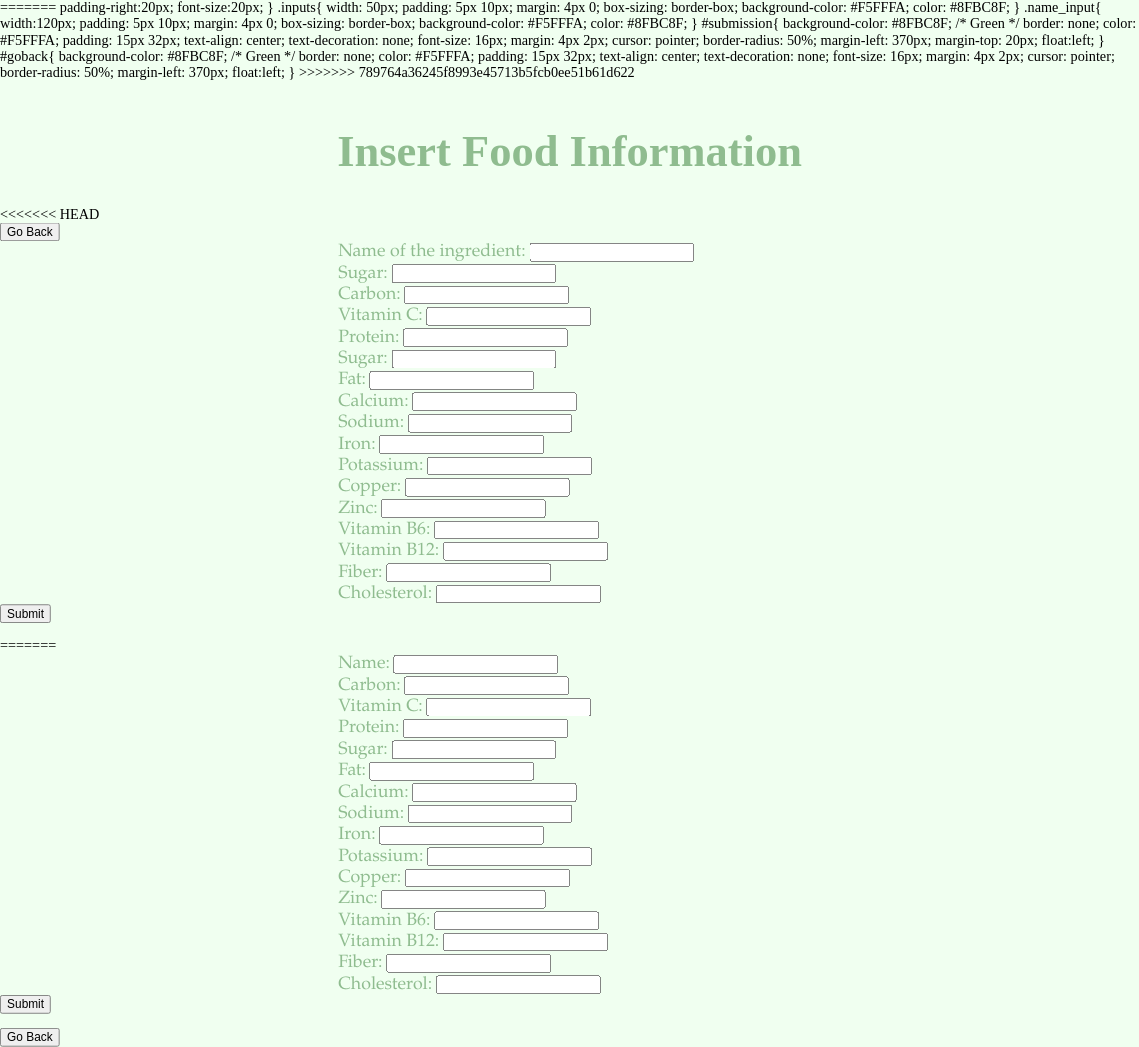
Repository: chenhongye11/DiDongBaBong
Page: didongbabong/src/main/webapp/public/insert.html
These files come from the project's save history. The page is drawn as it stood at one moment and after the next save; the edit follows.
The browser window is 1280 px wide. The pictures show the whole page, at 89% of full size.

Above is the page before, as saved 2021-01-31 15:04:40.
Console error: ReferenceError: $ is not defined

### didongbabong/src/main/webapp/public/insert.html
<html>
<head>
  <title>Insert Page</title>
  <style>
  body{
    margin:0;
    padding:0;
    background-color: #F0FFF0;

  }

  h1{
    color: #8FBC8F;
    text-align: center;
    margin-top: 50px;
    vertical-align: top;
    font-family: copperplate;
    font-size:50px;
  }

  .labels{
    color:#8FBC8F;
    align: center;
    font-family:Garamond;
    margin-left: 380px;
    margin-bottom:20px;
    font-size:20px;
  }


  </style>

<script>
$("#formoid").submit(function(e) {

    e.preventDefault(); // avoid to execute the actual submit of the form.

    var form = $(this);
    var url = form.attr('action');

    $.ajax({
           type: "POST",
           url: url,
           data: form.serialize(), // serializes the form's elements.
           success: function(data)
           {
               alert(data); // show response from the php script.
           }
         });
});



</script>

=======
    padding-right:20px;
    font-size:20px;
  }

  .inputs{
    width: 50px;
    padding: 5px 10px;
    margin: 4px 0;
    box-sizing: border-box;
    background-color: #F5FFFA;
    color: #8FBC8F;
  }

  .name_input{
    width:120px;
    padding: 5px 10px;
    margin: 4px 0;
    box-sizing: border-box;
    background-color: #F5FFFA;
    color: #8FBC8F;
  }


  #submission{
    background-color: #8FBC8F; /* Green */
    border: none;
    color: #F5FFFA;
    padding: 15px 32px;
    text-align: center;
    text-decoration: none;
    font-size: 16px;
    margin: 4px 2px;
    cursor: pointer;
    border-radius: 50%;
    margin-left: 370px;
    margin-top: 20px;
    float:left;
  }

  #goback{
    background-color: #8FBC8F; /* Green */
    border: none;
    color: #F5FFFA;
    padding: 15px 32px;
    text-align: center;
    text-decoration: none;
    font-size: 16px;
    margin: 4px 2px;
    cursor: pointer;
    border-radius: 50%;
    margin-left: 370px;
    float:left;
  }

  </style>
>>>>>>> 789764a36245f8993e45713b5fcb0ee51b61d622
</head>

<body>
  <h1>Insert Food Information</h1>

<<<<<<< HEAD
<div class="return">
   <div class="search">
      <button onclick="goBack()">Go Back</button>
      <script>
      function goBack() {
        window.history.back();
      }
      </script>
     </button>
   </div>
</div>


<div class="form">
  <form id="formoid" action="insertFood" title="" method="post">
    <label class="labels" for="name">Name of the ingredient:</label>
    <input type="text" id="name" name="name"><br>
    <label class="labels" for="sugar">Sugar:</label>
    <input type="number" id="sugar" name="sugar"><br>
    <label class="labels" for="carbon">Carbon:</label>
    <input type="number" id="carbon" name="carbon"><br>
    <label class="labels" for="vitamin_c">Vitamin C:</label>
    <input type="number" id="vitamin_c" name="vitamin_c"><br>
    <label class="labels" for="protein">Protein:</label>
    <input type="number" id="protein" name="protein"><br>
    <label class="labels" for="calories">Sugar:</label>
    <input type="number" id="calories" name="calories"><br>
    <label class="labels" for="fat">Fat:</label>
    <input type="number" id="fat" name="fat"><br>
    <label class="labels" for="calcium">Calcium:</label>
    <input type="number" id="calcium" name="calcium"><br>
    <label class="labels" for="sodium">Sodium:</label>
    <input type="number" id="sodium" name="sodium"><br>
    <label class="labels" for="iron">Iron:</label>
    <input type="number" id="iron" name="iron"><br>
    <label class="labels" for="potassium">Potassium:</label>
    <input type="number" id="potassium" name="potassium"><br>
    <label class="labels" for="copper">Copper:</label>
    <input type="number" id="copper" name="copper"><br>
    <label class="labels" for="zinc">Zinc:</label>
    <input type="number" id="zinc" name="zinc"><br>
    <label class="labels" for="vitamin_b_6">Vitamin B6:</label>
    <input type="number" id="vitamin_b_6" name="vitamin_b_6"><br>
    <label class="labels" for="vitamin_b_12">Vitamin B12:</label>
    <input type="number" id="vitamin_b_12" name="vitamin_b_12"><br>
    <label class="labels"for="fiber">Fiber:</label>
    <input type="number" id="fiber" name="fiber"><br>
    <label class="labels" for="cholesterol">Cholesterol:</label>
    <input type="number" id="cholesterol" name="cholesterol"><br>
    <input type="submit" value="Submit">
  </form>
</div>

=======
<div class="form">
  <form>
    <label class="labels" for="name">Name:</label>
    <input class="name_input" type="text" id="name" name="name"><br>
    <label class="labels" for="carbon">Carbon:</label>
    <input class="inputs" type="number" id="carbon" name="carbon"><br>
    <label class="labels" for="vitamin_c">Vitamin C:</label>
    <input class="inputs" type="number" id="vitamin_c" name="vitamin_c"><br>
    <label class="labels" for="protein">Protein:</label>
    <input class="inputs" type="number" id="protein" name="protein"><br>
    <label class="labels" for="calories">Sugar:</label>
    <input class="inputs" type="number" id="calories" name="calories"><br>
    <label class="labels" for="fat">Fat:</label>
    <input class="inputs" type="number" id="fat" name="fat"><br>
    <label class="labels" for="calcium">Calcium:</label>
    <input class="inputs" type="number" id="calcium" name="calcium"><br>
    <label class="labels" for="sodium">Sodium:</label>
    <input class="inputs" type="number" id="sodium" name="sodium"><br>
    <label class="labels" for="iron">Iron:</label>
    <input class="inputs" type="number" id="iron" name="iron"><br>
    <label class="labels" for="potassium">Potassium:</label>
    <input class="inputs" type="number" id="potassium" name="potassium"><br>
    <label class="labels" for="copper">Copper:</label>
    <input class="inputs" type="number" id="copper" name="copper"><br>
    <label class="labels" for="zinc">Zinc:</label>
    <input class="inputs" type="number" id="zinc" name="zinc"><br>
    <label class="labels" for="vitamin_b_6">Vitamin B6:</label>
    <input class="inputs" type="number" id="vitamin_b_6" name="vitamin_b_6"><br>
    <label class="labels" for="vitamin_b_12">Vitamin B12:</label>
    <input class="inputs" type="number" id="vitamin_b_12" name="vitamin_b_12"><br>
    <label class="labels"for="fiber">Fiber:</label>
    <input class="inputs" type="number" id="fiber" name="fiber"><br>
    <label class="labels" for="cholesterol">Cholesterol:</label>
    <input class="inputs" type="number" id="cholesterol" name="cholesterol"><br>
    <input id="submission" class="button" type="submit" value="Submit">
  </form>
</div>

<div class="return">
   <div class="search">
      <button id="goback" class="button" onclick="goBack()">Go Back</button>
      <script>
      function goBack() {
        window.history.back();
      }
      </script>
     </button>
   </div>
</div>



</body>
</html>

After the next save:
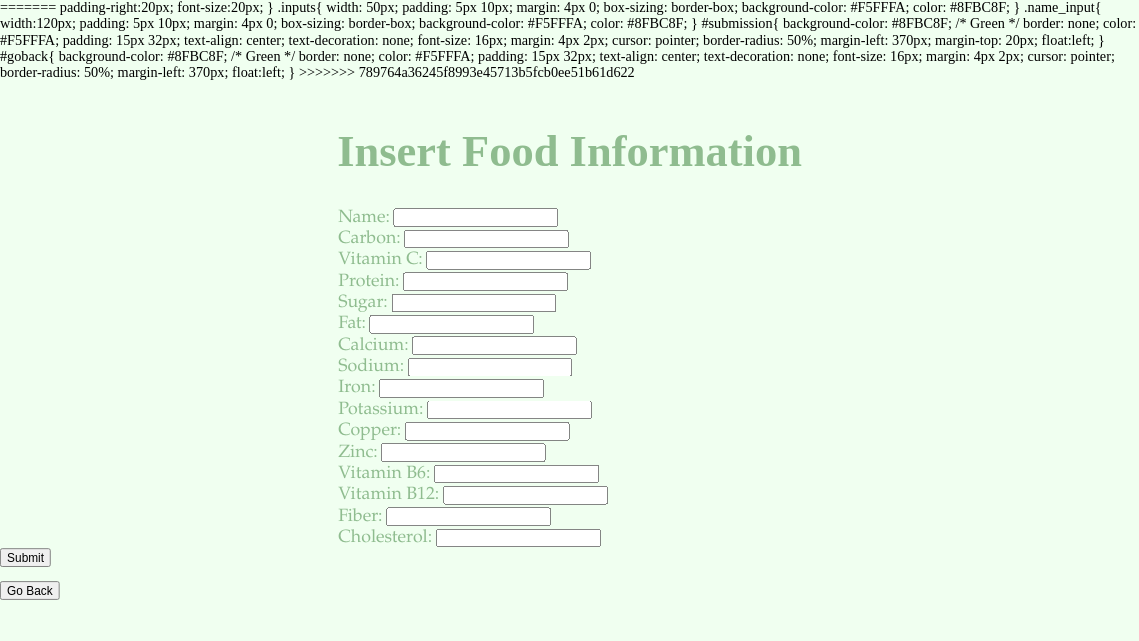
Saved 94 s later.
--- a/didongbabong/src/main/webapp/public/insert.html
+++ b/didongbabong/src/main/webapp/public/insert.html
@@ -115,61 +115,6 @@ $("#formoid").submit(function(e) {
 <body>
   <h1>Insert Food Information</h1>
 
-<<<<<<< HEAD
-<div class="return">
-   <div class="search">
-      <button onclick="goBack()">Go Back</button>
-      <script>
-      function goBack() {
-        window.history.back();
-      }
-      </script>
-     </button>
-   </div>
-</div>
-
-
-<div class="form">
-  <form id="formoid" action="insertFood" title="" method="post">
-    <label class="labels" for="name">Name of the ingredient:</label>
-    <input type="text" id="name" name="name"><br>
-    <label class="labels" for="sugar">Sugar:</label>
-    <input type="number" id="sugar" name="sugar"><br>
-    <label class="labels" for="carbon">Carbon:</label>
-    <input type="number" id="carbon" name="carbon"><br>
-    <label class="labels" for="vitamin_c">Vitamin C:</label>
-    <input type="number" id="vitamin_c" name="vitamin_c"><br>
-    <label class="labels" for="protein">Protein:</label>
-    <input type="number" id="protein" name="protein"><br>
-    <label class="labels" for="calories">Sugar:</label>
-    <input type="number" id="calories" name="calories"><br>
-    <label class="labels" for="fat">Fat:</label>
-    <input type="number" id="fat" name="fat"><br>
-    <label class="labels" for="calcium">Calcium:</label>
-    <input type="number" id="calcium" name="calcium"><br>
-    <label class="labels" for="sodium">Sodium:</label>
-    <input type="number" id="sodium" name="sodium"><br>
-    <label class="labels" for="iron">Iron:</label>
-    <input type="number" id="iron" name="iron"><br>
-    <label class="labels" for="potassium">Potassium:</label>
-    <input type="number" id="potassium" name="potassium"><br>
-    <label class="labels" for="copper">Copper:</label>
-    <input type="number" id="copper" name="copper"><br>
-    <label class="labels" for="zinc">Zinc:</label>
-    <input type="number" id="zinc" name="zinc"><br>
-    <label class="labels" for="vitamin_b_6">Vitamin B6:</label>
-    <input type="number" id="vitamin_b_6" name="vitamin_b_6"><br>
-    <label class="labels" for="vitamin_b_12">Vitamin B12:</label>
-    <input type="number" id="vitamin_b_12" name="vitamin_b_12"><br>
-    <label class="labels"for="fiber">Fiber:</label>
-    <input type="number" id="fiber" name="fiber"><br>
-    <label class="labels" for="cholesterol">Cholesterol:</label>
-    <input type="number" id="cholesterol" name="cholesterol"><br>
-    <input type="submit" value="Submit">
-  </form>
-</div>
-
-=======
 <div class="form">
   <form>
     <label class="labels" for="name">Name:</label>
